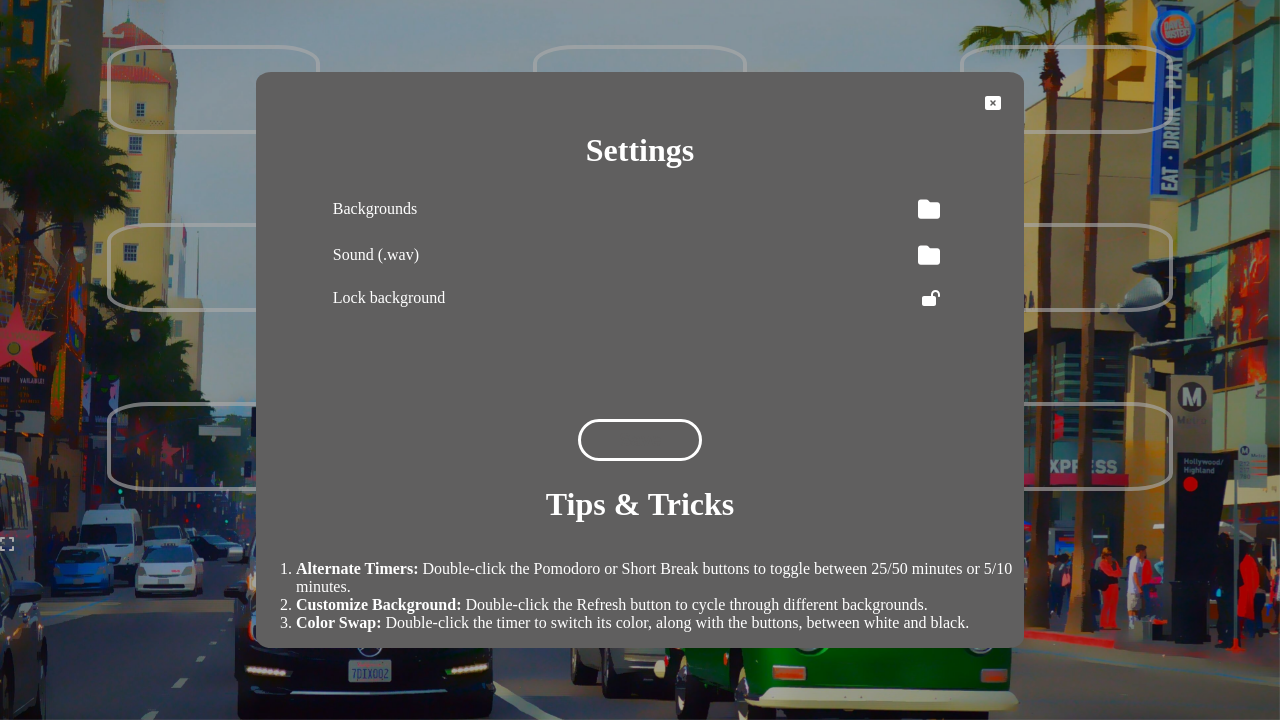
Repository: ttommytan/pomodoro
Page: /, after clicking the first element matching `svg.fa-gear`
An editor plug-in stored every save of this project. The page is shown before and after a run of saves, followed by the edit.
The browser window is 1280 px wide. The pictures show the whole page.
The project was rebuilt for these pictures with package versions that can differ from the ones it lists, and the page was loaded fresh each time. Also part of the build but not shown: vite.config.js, src/components/Test.jsx, src/components/SliderComponent.jsx. Imported but missing from the stored project, and not drawn on this page: src/assets/chime.wav.

Above is the page before, as saved 2024-08-27 13:44:59.

After the next 2 saves:
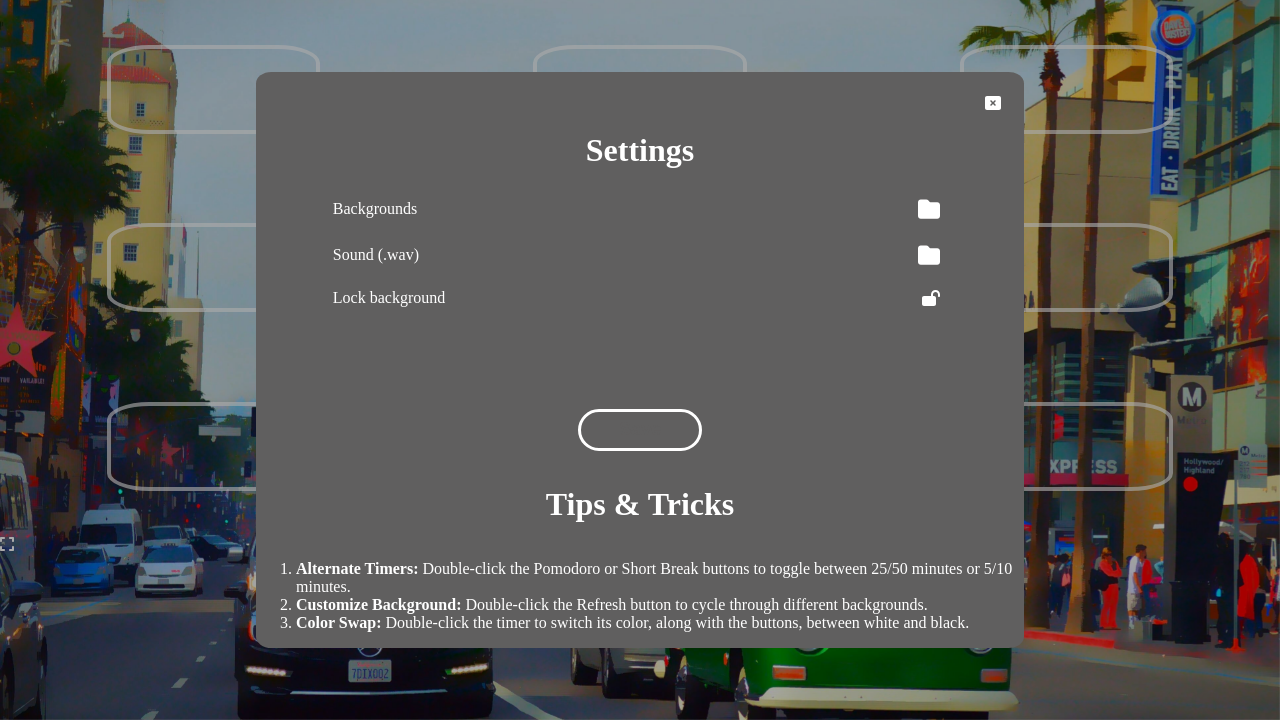
The 2 saves are shown as one change because they came seconds apart.
The last was saved 7 s later.
--- a/src/index.css
+++ b/src/index.css
@@ -365,5 +365,5 @@
 
 .save{
   color: rgb(96, 95, 95);
-  margin-bottom: 2%;
-}
+  margin-bottom: 10%;
+}
